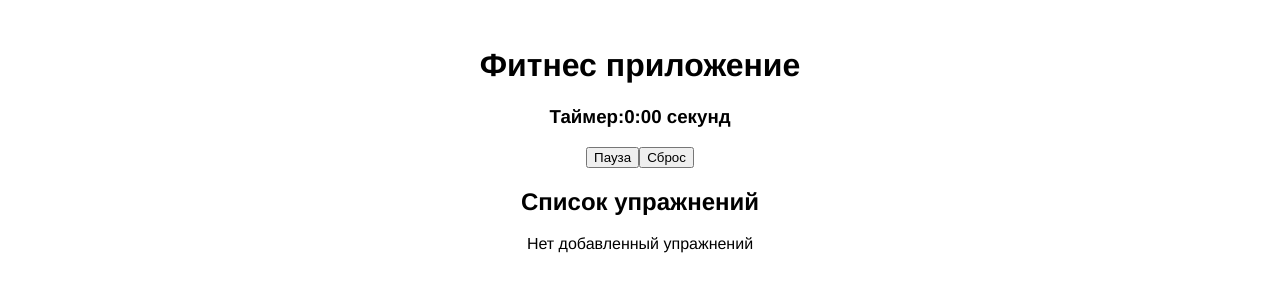
Repository: padka/Fitness-app
Page: /
The author's editor kept a copy of each file at every save. The page is drawn from the files as they stood at one save, then again after a run of saves.
The browser window is 1280 px wide. The pictures show the whole page.
The project was rebuilt for these pictures with package versions that can differ from the ones it lists, and the page was loaded fresh each time. Also part of the build but not shown: vite.config.js, src/components/WorkoutForm/WorkoutForm.jsx.

Above is the page before, as saved 2024-09-07 23:41:12.

After the next 2 saves:
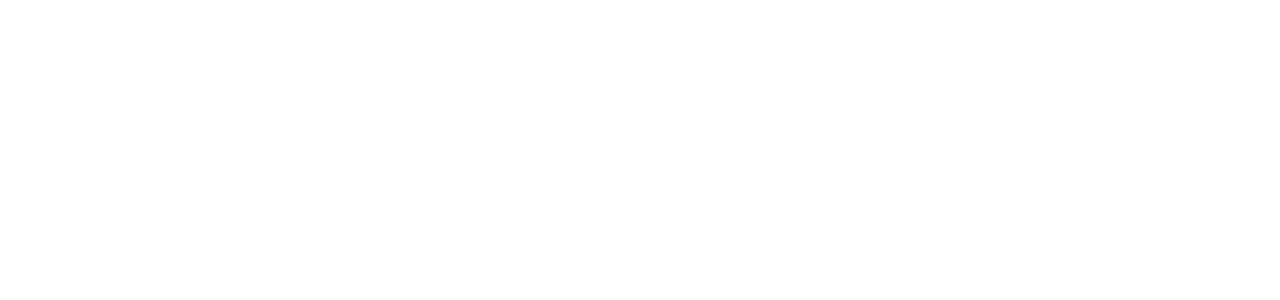
Console error (its wording comes from the project's code and is left out).
The 2 saves are shown as one change because 1 did not build or start.
The last was saved 36 min 11 s later.
--- a/src/components/Timer/Timer.jsx
+++ b/src/components/Timer/Timer.jsx
@@ -4,6 +4,19 @@
 function Timer(){
     const[seconds, setSeconds] = useState(0);
     const[isActive, setIsActive] = useState(false);
+    const[message, setMessage] = useEffect(' ')
+
+    const changeMessage = () =>{
+        setMessage('ЕЕЕЕ')
+    }
+
+    useEffect(() =>{
+        if (seconds >= 300){
+            setMessage('Прошло 5 минут, сделай перерыв 1 минуту');
+        } else{
+            setMessage('');
+        }
+    }, [seconds]);
 
     useEffect(() =>{
         let interval = null;
@@ -35,6 +48,7 @@
                     {!isActive ? "Пауза" : " Старт"}
                 </button>
                 <button onClick={reset}> Сброс </button>
+                <p>Пришло время отдохнуть {Vois}</p>
             </div>
         );
     }

After the 3 saves that followed:
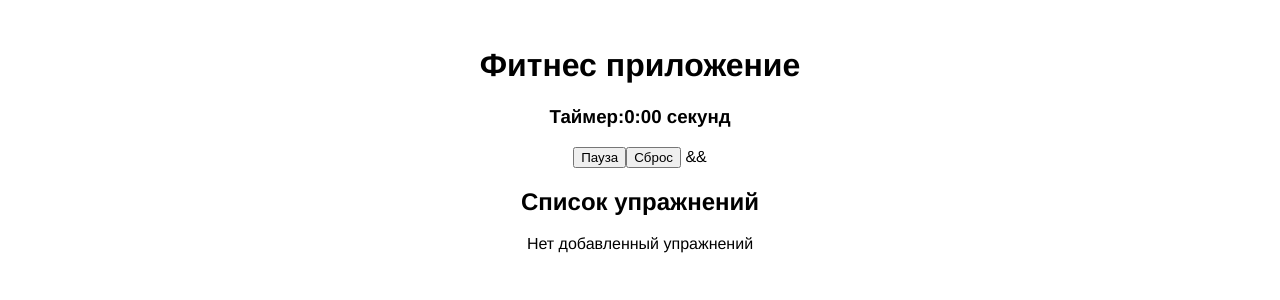
The error is gone.
The 3 saves are shown as one change because 2 left the picture as it was.
The last was saved 2 min 39 s later.
--- a/src/components/Timer/Timer.jsx
+++ b/src/components/Timer/Timer.jsx
@@ -4,11 +4,8 @@
 function Timer(){
     const[seconds, setSeconds] = useState(0);
     const[isActive, setIsActive] = useState(false);
-    const[message, setMessage] = useEffect(' ')
+    const[message, setMessage] = useState(' ')
 
-    const changeMessage = () =>{
-        setMessage('ЕЕЕЕ')
-    }
 
     useEffect(() =>{
         if (seconds >= 300){
@@ -48,7 +45,7 @@
                     {!isActive ? "Пауза" : " Старт"}
                 </button>
                 <button onClick={reset}> Сброс </button>
-                <p>Пришло время отдохнуть {Vois}</p>
+                {message} && <p>{message}</p>
             </div>
         );
     }
